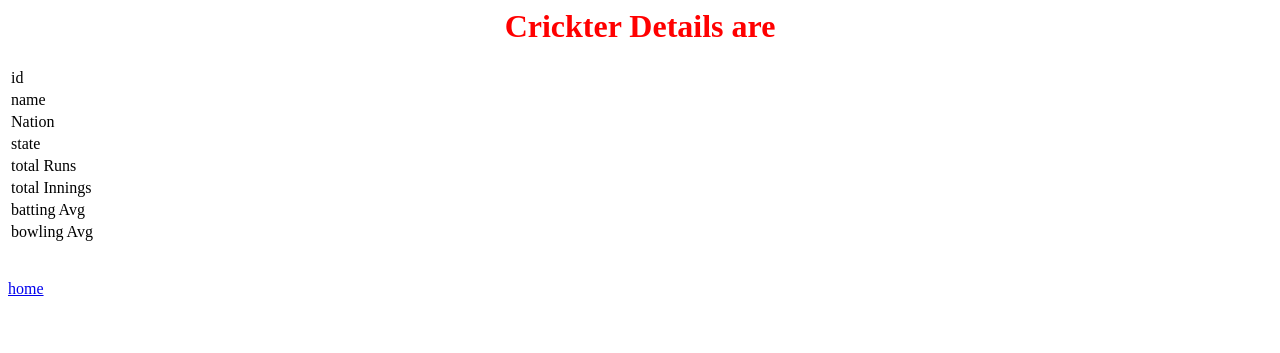
Repository: 7358317969/Java-Design-Pattern
Page: http://localhost/CricketerLayeredApp-SessionFacade-ServiceLocator/show_details.jsp
An editor plug-in stored every save of this project. The page is shown before and after the next save, followed by the edit.
The browser window is 1280 px wide. The pictures show the whole page.
The page is served by Tomcat 9. Other server files are loaded and not shown. The template is opened directly, without the code that normally fills it, so the values that code supplies are empty.

Above is the page before, as saved 2019-10-13 02:31:01.

### CricketerLayeredApp-SessionFacade-ServiceLocator/WebContent/show_details.jsp
<%@ page language="java" contentType="text/html; charset=ISO-8859-1"
    pageEncoding="ISO-8859-1" isELIgnored="false"%>

   <h1 style="color:red;text-align:center"> ${param.name } Crickter Details are  </h1>

   <table>
      <tr>
        <td>id </td> <td> ${profile.crickterId}  </td>
       </tr>
       <tr>
        <td>name </td> <td> ${profile.cricketerName}  </td>
       </tr>
       <tr>
        <td>Nation </td> <td> ${profile. nation}  </td>
       </tr>
       <tr>
        <td>state </td> <td> ${profile.state}  </td>
       </tr>
       <tr>
        <td>total Runs </td> <td> ${profile.totalRuns}  </td>
       </tr>
         <tr>
        <td>total Innings </td> <td> ${profile.totalIninings}  </td>
       </tr>
         <tr>
        <td>batting Avg </td> <td> ${profile.battingAvg}  </td>
       </tr>
         <tr>
        <td>bowling Avg </td> <td> ${profile.bolwingAvg}  </td>
       </tr>
   </table>

   <br><br>
    <a href="find_profile.html">home</a>

After the next save:
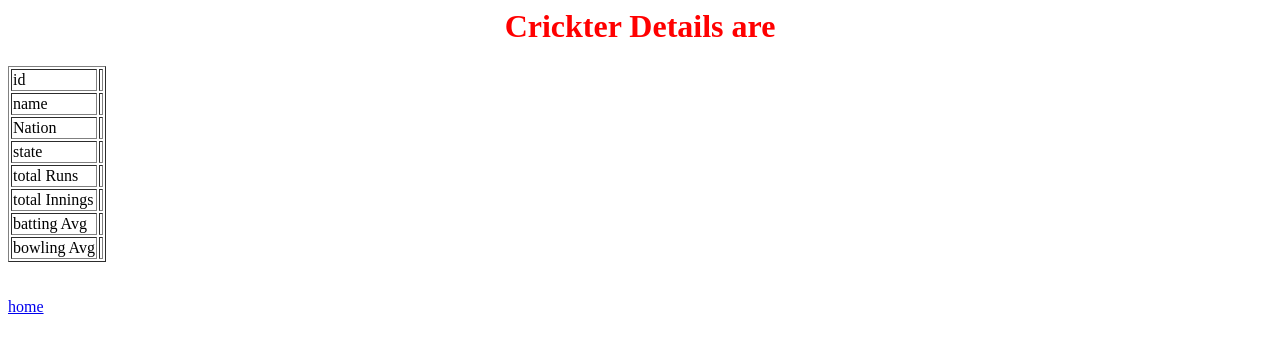
Saved 16 s later.
--- a/CricketerLayeredApp-SessionFacade-ServiceLocator/WebContent/show_details.jsp
+++ b/CricketerLayeredApp-SessionFacade-ServiceLocator/WebContent/show_details.jsp
@@ -3,7 +3,7 @@
 
    <h1 style="color:red;text-align:center"> ${param.name } Crickter Details are  </h1>
 
-   <table>
+   <table border=1>
       <tr>
         <td>id </td> <td> ${profile.crickterId}  </td>
        </tr>
